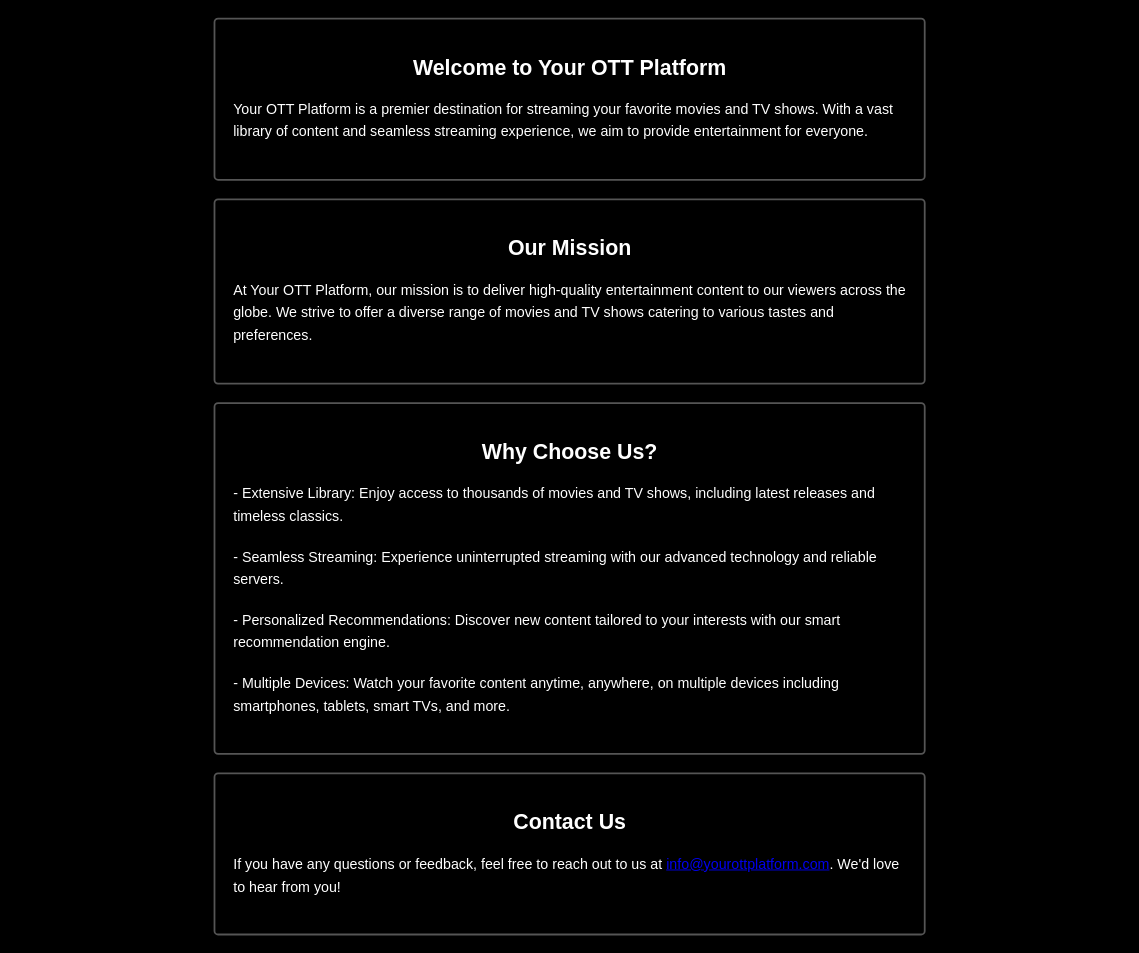
Repository: Ishanibmk/MOVIOT---An-OTT-Platform-using-Java-and-Springboot
Page: http://localhost/OTT/WEB-INF/view/about.jsp
These files come from the project's save history. The page is drawn as it stood at one moment and after the next save; the edit follows.
The browser window is 1280 px wide. The pictures show the whole page, at 89% of full size.
The page is served by Tomcat 9. Nobody is signed in. The template is opened directly, without the code that normally fills it, so the values that code supplies are empty.

Above is the page before, as saved 2024-03-02 10:17:21.

After the next save:
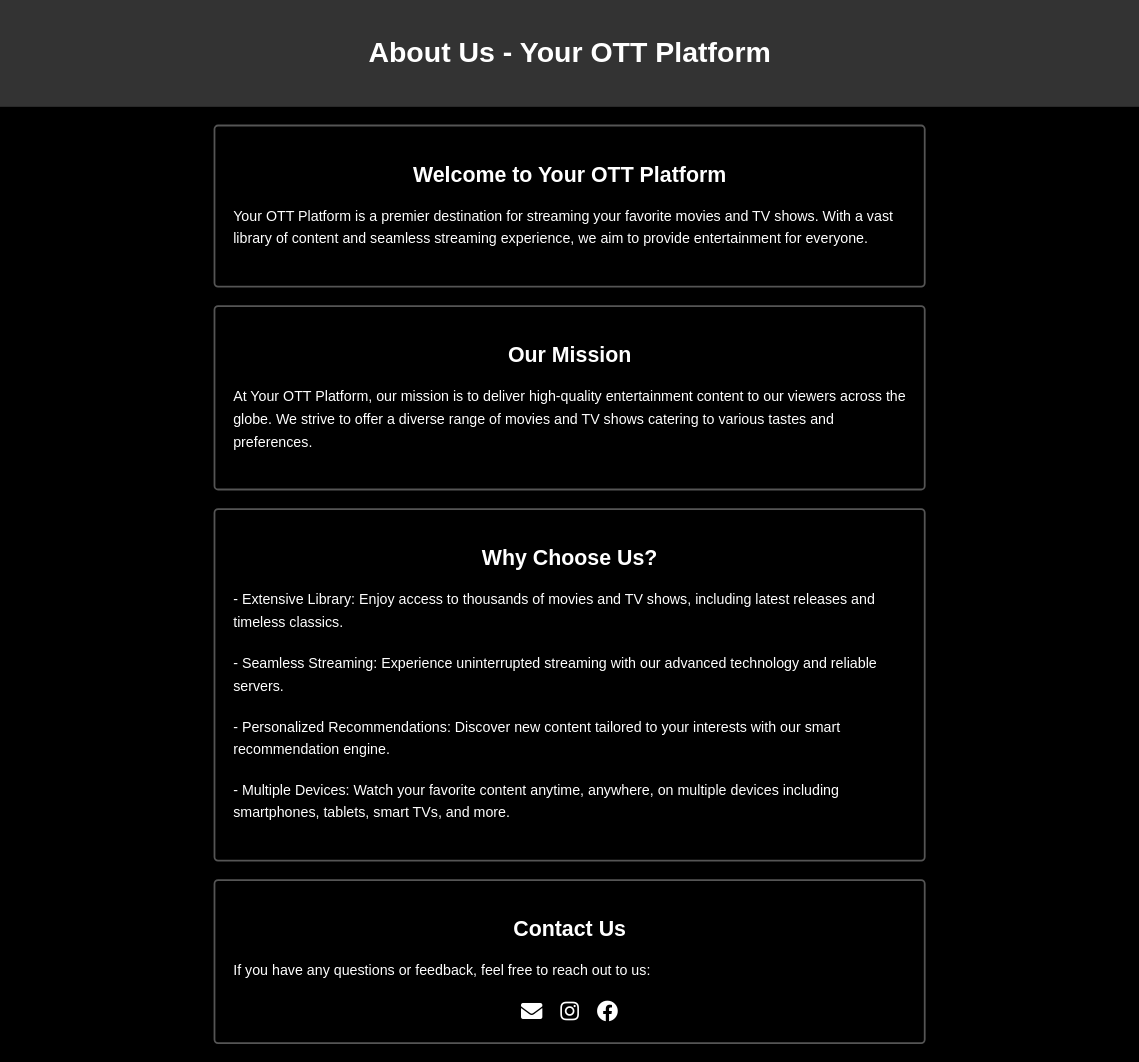
Saved 114 s later.
--- a/Moviot/MOVIOT-main/ott/OTT/src/main/webapp/WEB-INF/view/about.jsp
+++ b/Moviot/MOVIOT-main/ott/OTT/src/main/webapp/WEB-INF/view/about.jsp
@@ -4,6 +4,8 @@
     <meta charset="UTF-8">
     <meta name="viewport" content="width=device-width, initial-scale=1.0">
     <title>About Us - Your OTT Platform</title>
+    <!-- Include Font Awesome CSS -->
+    <link rel="stylesheet" href="https://cdnjs.cloudflare.com/ajax/libs/font-awesome/5.15.4/css/all.min.css">
     <style>
         body {
             font-family: Arial, sans-serif;
@@ -38,10 +40,22 @@
             line-height: 1.6;
             margin-bottom: 20px;
         }
+        .contact-icons {
+            display: flex;
+            justify-content: center;
+            margin-top: 10px;
+        }
+        .contact-icons a {
+            color: #fff;
+            margin: 0 10px;
+            font-size: 24px;
+        }
     </style>
 </head>
 <body>
-
+    <header>
+        <h1>About Us - Your OTT Platform</h1>
+    </header>
     <div class="container">
         <div class="category">
             <h2>Welcome to Your OTT Platform</h2>
@@ -60,7 +74,14 @@
         </div>
         <div class="category">
             <h2>Contact Us</h2>
-            <p>If you have any questions or feedback, feel free to reach out to us at <a href="mailto:info@yourottplatform.com">info@yourottplatform.com</a>. We'd love to hear from you!</p>
+            <p>If you have any questions or feedback, feel free to reach out to us:</p>
+            <!-- Contact Icons -->
+            <div class="contact-icons">
+                <a href="mailto:info@yourottplatform.com"><i class="fas fa-envelope"></i></a>
+                <a href="#"><i class="fab fa-instagram"></i></a>
+                <a href="#"><i class="fab fa-facebook"></i></a>
+                <!-- Add more icons as needed -->
+            </div>
         </div>
     </div>
 </body>
